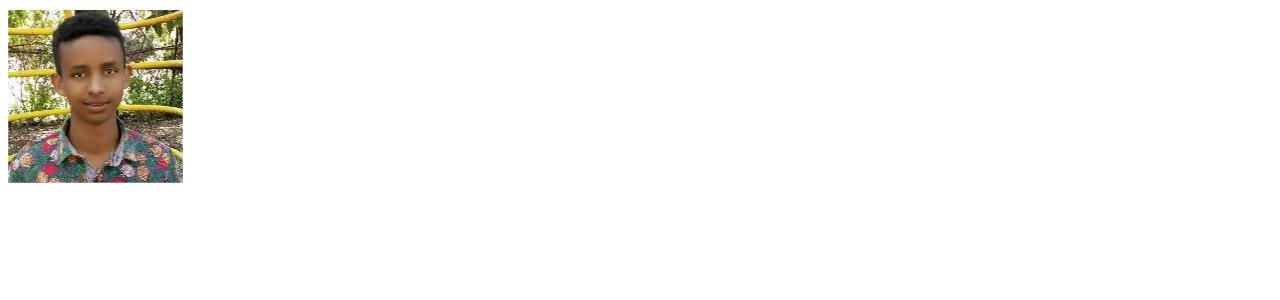
Repository: wakoya-tech/my-react-practice
Page: /
The author's editor kept a copy of each file at every save. The page is drawn from the files as they stood at one save, then again after the next save.
The browser window is 1280 px wide. The pictures show the whole page.
The project was rebuilt for these pictures with package versions that can differ from the ones it lists, and the page was loaded fresh each time. Also part of the build but not shown: vite.config.js, src/index.css.

Above is the page before, as saved 2025-10-02 09:51:34.

### src/App.jsx
import ProfilePicture from './ProfilePicture.jsx';

function App(){
  return (
    <>
      <ProfilePicture />
    </>
  );
}
export default App;

### src/ProfilePicture.jsx
import image from './assets/wako.jpg';
const name = "wako";

function ProfilePicture() {
  const handleClick = (e) => {
    e.target.alt = wako;   // change image to wako.jpg
  };

  return (
    <>
      <img onClick={handleClick} src={image} alt=" " />
    </>
  );
}

export default ProfilePicture;

Loaded but not shown: index.html (common file); src/main.jsx (common file)

After the next save:
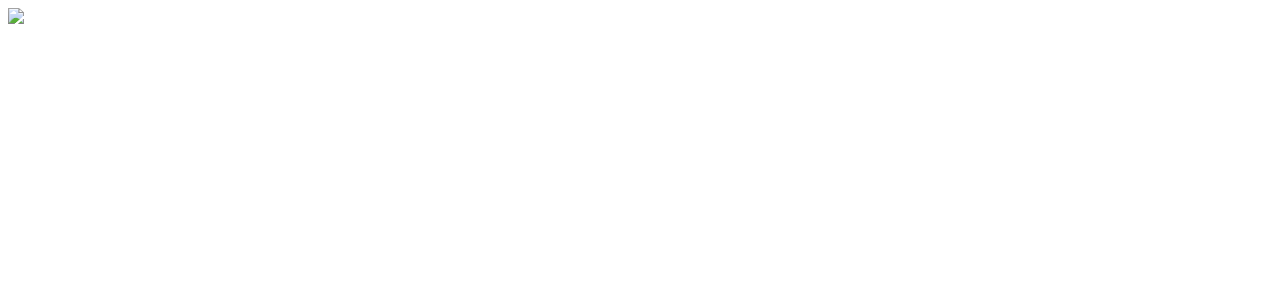
Saved 70 s later.
--- a/src/ProfilePicture.jsx
+++ b/src/ProfilePicture.jsx
@@ -3,12 +3,12 @@
 
 function ProfilePicture() {
   const handleClick = (e) => {
-    e.target.alt = wako;   // change image to wako.jpg
+    e.target.src = image; // changes the image to wako.jpg
   };
 
   return (
     <>
-      <img onClick={handleClick} src={image} alt=" " />
+      <img onClick={handleClick} src="" alt=" " />
     </>
   );
 }

After the save that followed:
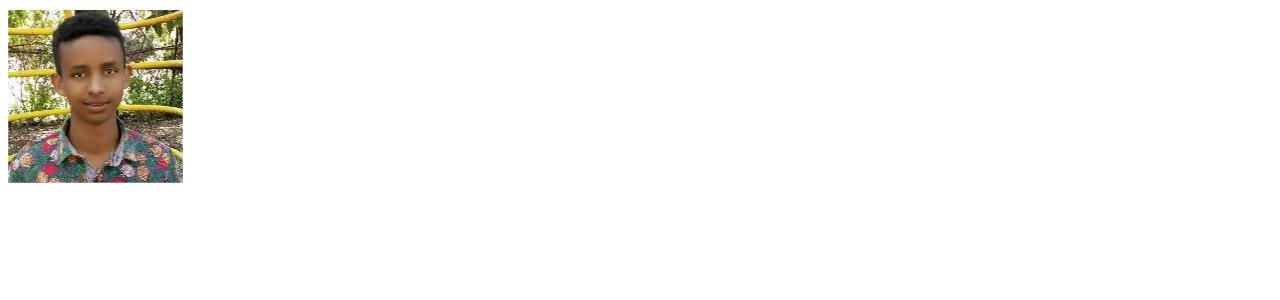
Saved 46 s later.
--- a/src/ProfilePicture.jsx
+++ b/src/ProfilePicture.jsx
@@ -3,12 +3,12 @@
 
 function ProfilePicture() {
   const handleClick = (e) => {
-    e.target.src = image; // changes the image to wako.jpg
+    e.target.alt = name;   // change alt text to "wako"
   };
 
   return (
     <>
-      <img onClick={handleClick} src="" alt=" " />
+      <img onClick={handleClick} src={image} alt=" " />
     </>
   );
 }
